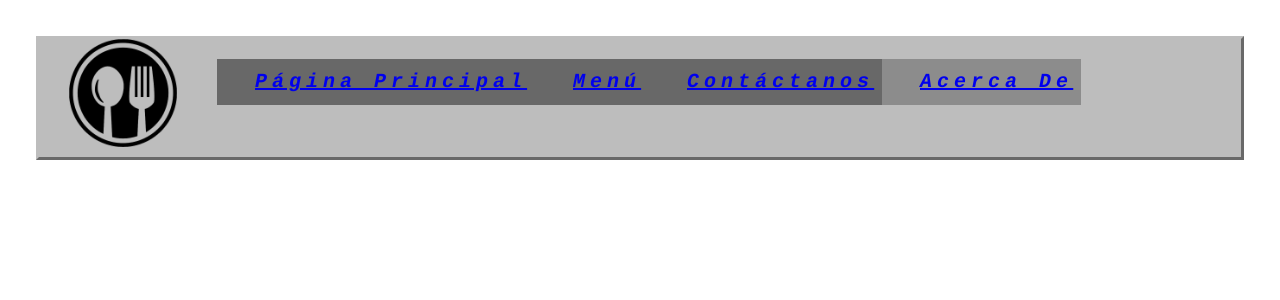
Repository: UVMCoyoacan/eq06_sitio1
Page: index.html
An editor plug-in stored every save of this project. The page is shown before and after the next save, followed by the edit.
The browser window is 1280 px wide. The pictures show the whole page.

Above is the page before, as saved 2024-03-07 10:17:52.

After the next save:
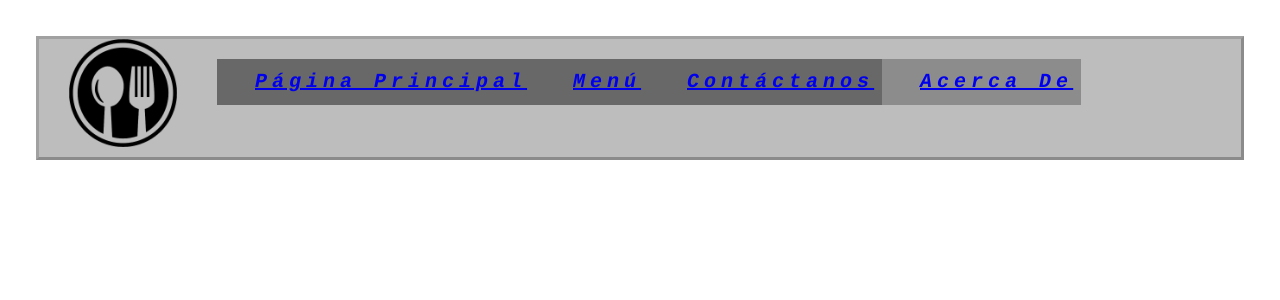
Saved 12 s later.
--- a/Carpeta estilos/estilo1.css
+++ b/Carpeta estilos/estilo1.css
@@ -23,7 +23,7 @@ header{
   text-align:left;
   text-indent:30px;
   border-style: outset;
-  border-color: #BDBDBD;
+  border-color: #00000042;
 
 }
 li {
